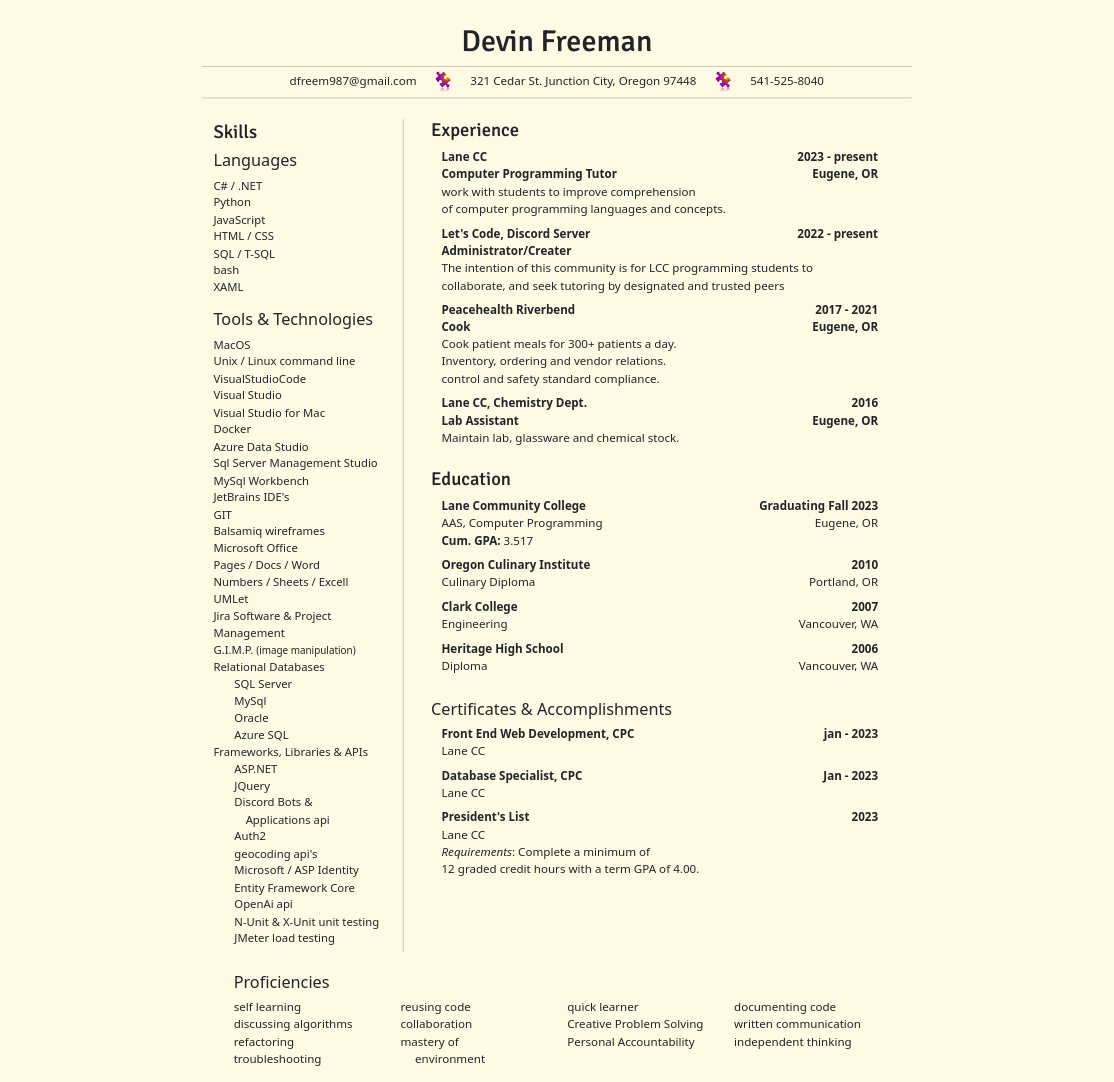
Repository: Dfreem/Resume
Page: index.html
The author's editor kept a copy of each file at every save. The page is drawn from the files as they stood at one save, then again after the next save.
The browser window is 1280 px wide. The pictures show the whole page, at 87% of full size.

Above is the page before, as saved 2023-03-04 17:29:58.

After the next save:
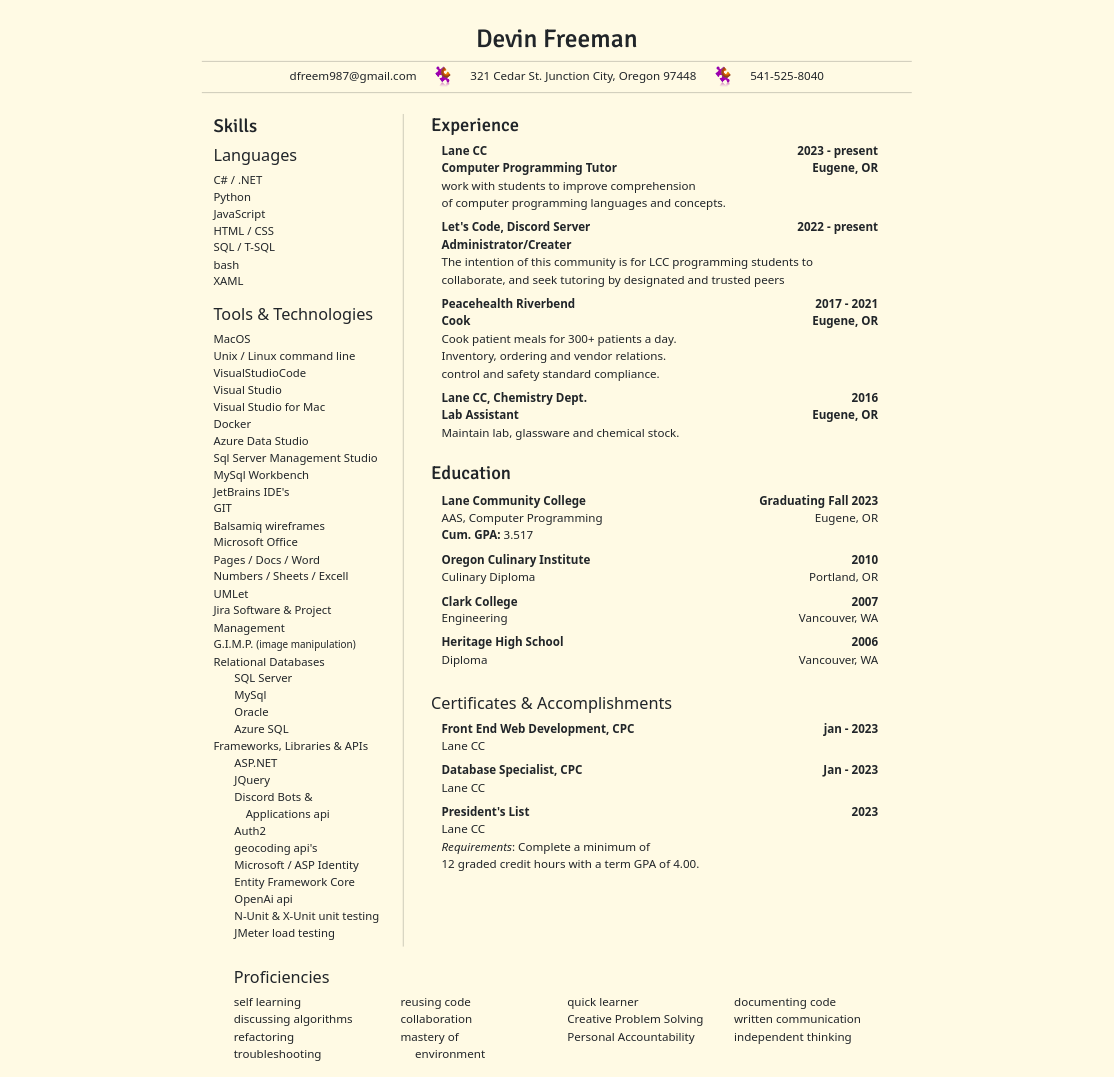
Saved 69 min 13 s later.
--- a/resume.css
+++ b/resume.css
@@ -24,7 +24,7 @@ body {
 h1 {
     font-family: 'Signika', sans-serif;
     text-align: center;
-    font-size: 26pt;
+    font-size: 22pt;
     letter-spacing: 105%;
 }
 
